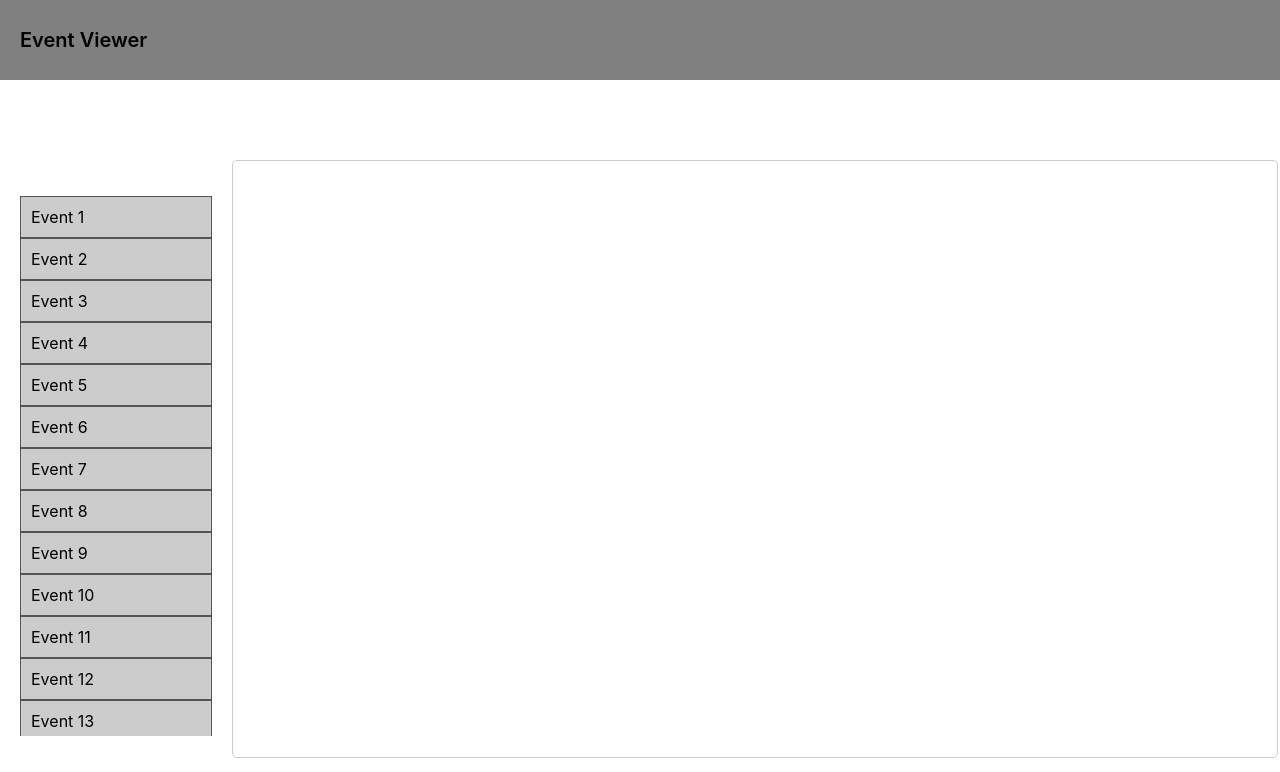
Repository: TauqeerHusain/Assignment
Page: /
An editor plug-in stored every save of this project. The page is shown before and after the next save, followed by the edit.
The browser window is 1280 px wide. The pictures show the whole page.
The project was rebuilt for these pictures with package versions that can differ from the ones it lists, and the page was loaded fresh each time.

Above is the page before, as saved 2023-02-07 11:14:20.

After the next save:
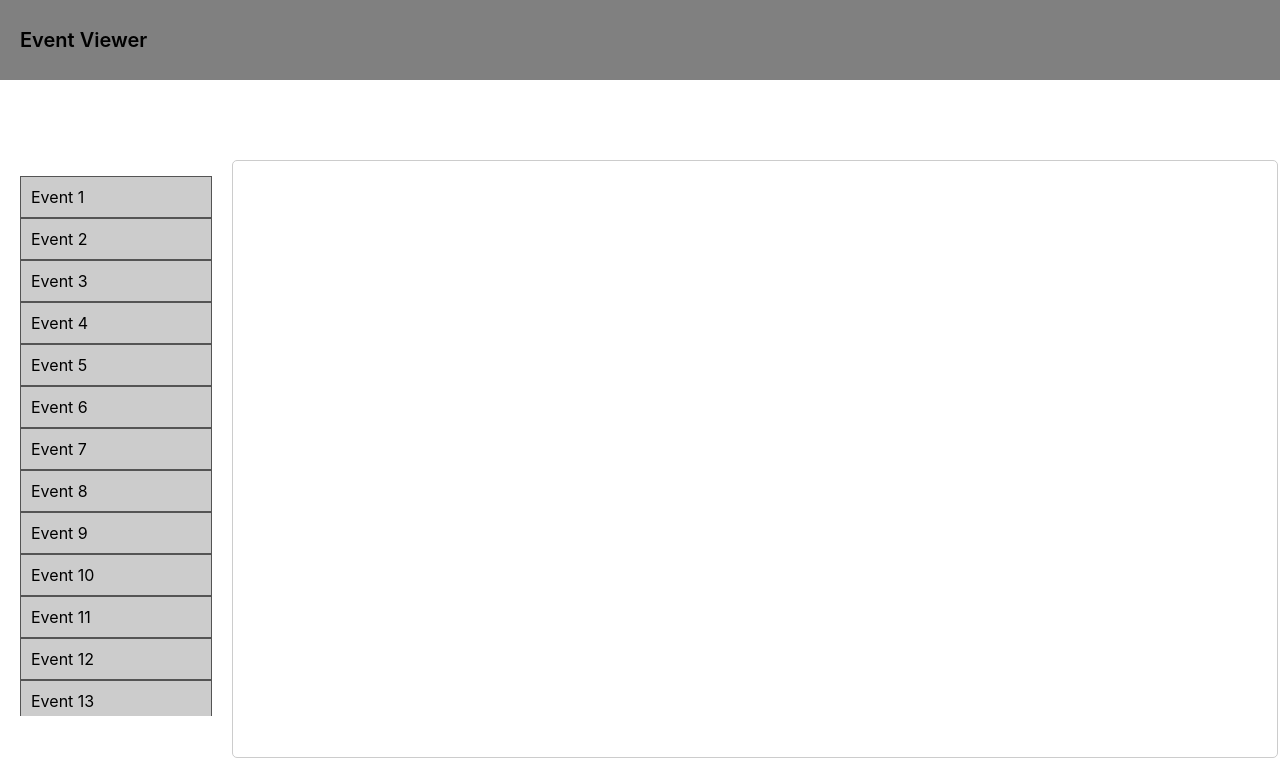
Saved 9 s later.
--- a/src/App.js
+++ b/src/App.js
@@ -529,7 +529,7 @@ const App = () => {
         </div>
       </nav>
       <div style={{ display: "flex", marginTop: 80 }}>
-        <div style={{ width: "15%", padding: "20px" }}>
+        <div style={{ width: "15%", padding: "20px", paddingTop: 0 }}>
           <ul
             style={{
               listStyleType: "none",
